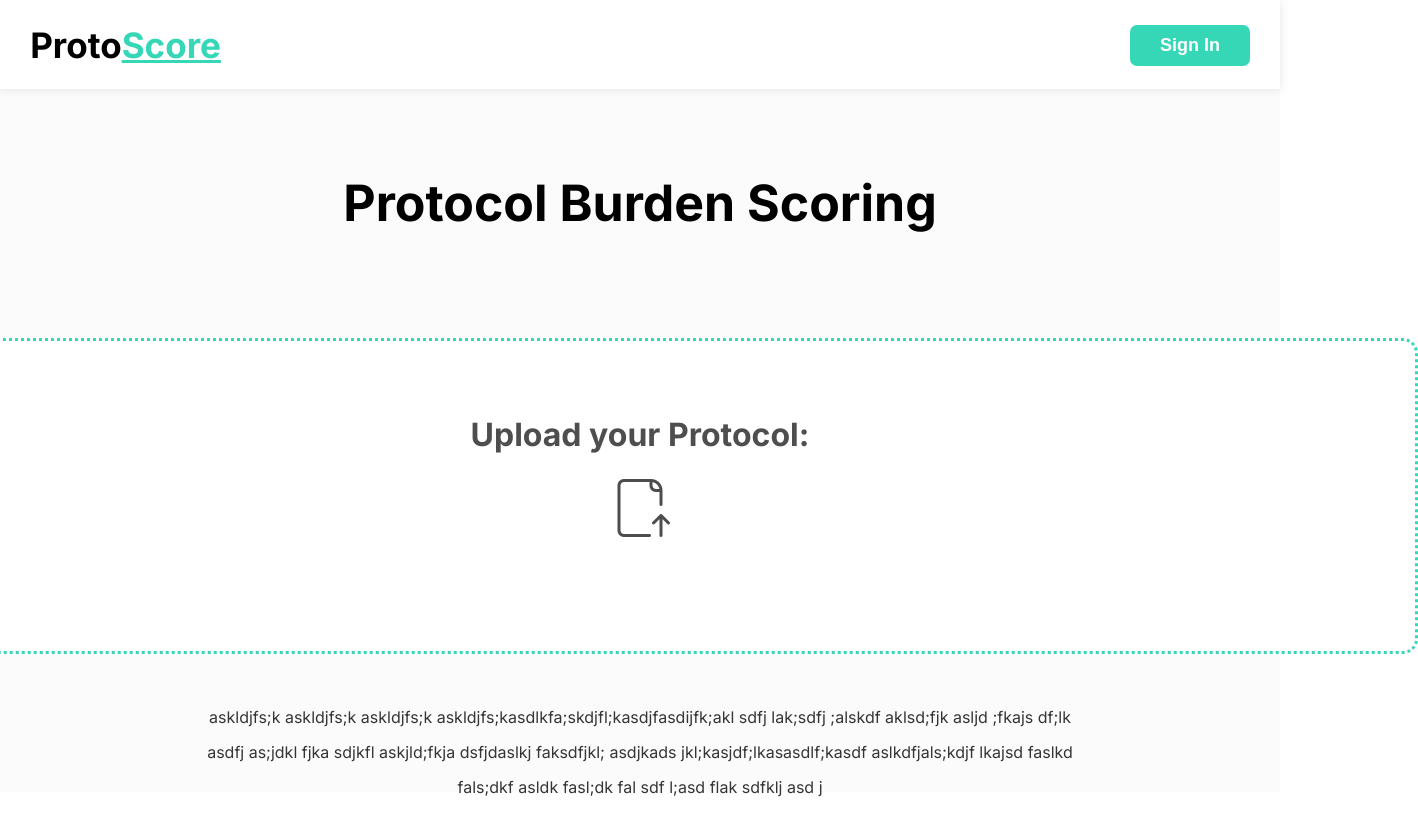
Repository: evanc108/Regeneron2024
Page: / (app in regeneron/)
An editor plug-in stored every save of this project. The page is shown before and after the next save, followed by the edit.
The browser window is 1280 px wide. The page is 1418 px wide, so the pictures cover 1418 px, including what lies to the right of the window. The pictures show the whole page.
The project was rebuilt for these pictures with package versions that can differ from the ones it lists, and the page was loaded fresh each time.

Above is the page before, as saved 2024-05-14 03:10:44.

After the next save:
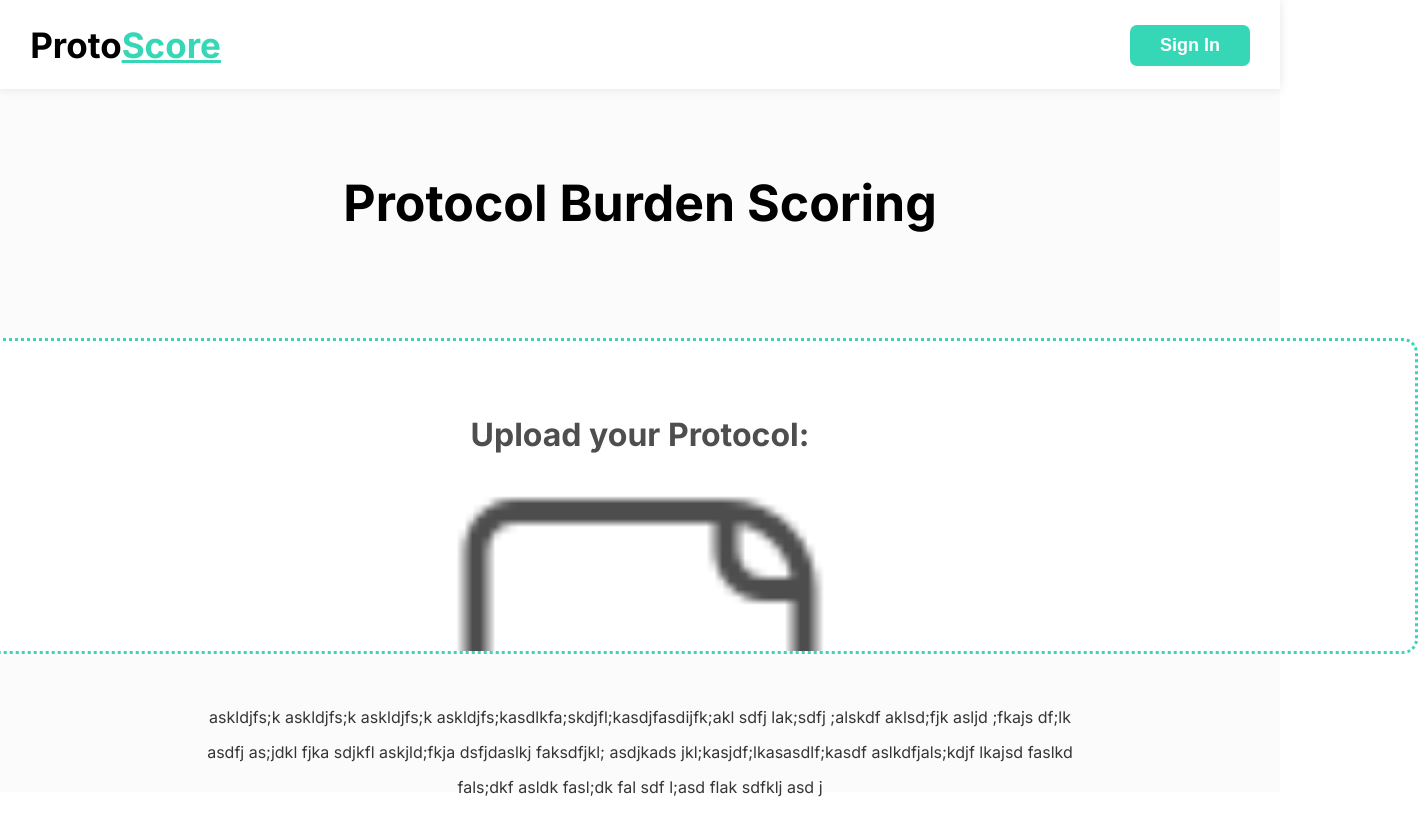
Saved 18 s later.
--- a/regeneron/src/pages/Feedback.js
+++ b/regeneron/src/pages/Feedback.js
@@ -54,7 +54,7 @@ function Feedback() {
                                     onChange={extractText}
                                     style={{ display: 'none' }}
                                 />
-                                <img src={Upload} alt="upload" />
+                                <img src={Upload} alt="upload" width={"500px"} />
                             </div>
                         )}
                         {loading && (
